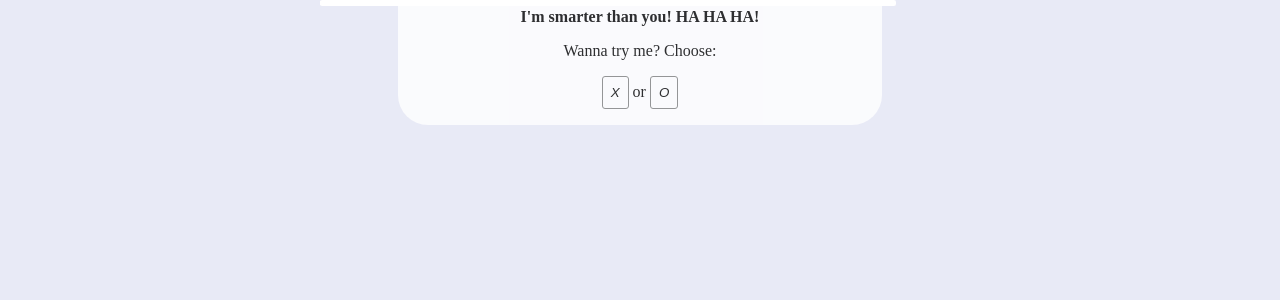
Repository: EEOOOO/javascript-projects
Page: ticTacToeGameApp/index.html
These files come from the project's save history. The page is drawn as it stood at one moment and after the next save; the edit follows.
The browser window is 1280 px wide. The pictures show the whole page.

Above is the page before, as saved 2022-07-21 15:10:51.

### ticTacToeGameApp/index.html
<!DOCTYPE html>
<html lang="en">
<head>
    <meta charset="UTF-8">
    <meta http-equiv="X-UA-Compatible" content="IE=edge">
    <meta name="viewport" content="width=device-width, initial-scale=1.0">
    <script defer src="tictactoeGameApp.js"></script>
    <link rel="stylesheet" href="style.css">
    <title>TicTacToe Game App</title>
</head>
<body>
    <div class="gameBoard">
        <div class="grid grid0"></div>
        <div class="grid grid1"></div>
        <div class="grid grid2"></div>
        <div class="grid grid3"></div>
        <div class="grid grid4"></div>
        <div class="grid grid5"></div>
        <div class="grid grid6"></div>
        <div class="grid grid7"></div>
        <div class="grid grid8"></div>
    </div>
    <div class="popUp showPopUp">
        <h3>Warning!</h3>
        <hr>
        <p>Please save your time and don't even think you're smart</p>
        <strong>I'm smarter than you! HA HA HA!</strong>
        <p>Wanna try me? Choose: </p>
        <div class="buttonContainer">
            <button class="markingX button">X</button>
            <span>or</span>
            <button class="markingO button">O</button>
        </div>
    </div>
</body>
</html>

### ticTacToeGameApp/tictactoeGameApp.js
let gameBoard = document.querySelector('.gameBoard');
let grids = document.querySelectorAll('.grid');

let popUp = document.querySelector('.popUp');
let buttons = document.querySelector('.buttonContainer');
let xButton = document.querySelector('.markingX');
let oButton = document.querySelector('.markingO');
let notSelected = [0, 1, 2, 3, 4, 5, 6, 7, 8, 9];
user = {}
computer = {}

buttons.addEventListener('click', event =>{
    if (event.target.tagName === 'BUTTON'){
        if (event.target.textContent === 'X'){
            user['mark'] = 'X';
            computer['mark'] = 'O';
        }
        else{
            user['mark'] = 'O';
            computer['mark'] = 'X';
        }
    }
    popUp.classList.remove("showPopUp");

    startGame();
});

function startGame(){
    playComputer();
    playUser();
    if (checkWinner()){
        finishGame();
    }
    else{
        startGame();
    }
}
function playUser(){
    return
}
function playComputer(){
    let num = getRandomNumber(notSelected);
    let selectedGridClass = '.grid'+num;
    let selectedGrid = document.querySelector(selectedGridClass);

    let markingSpan = document.createElement('span');
    markingSpan.textContent = computer['mark'];
    selectedGrid.append(markingSpan);

    notSelected.splice(num, 1);
}
function getRandomNumber(remainNum){
    let num = Math.floor(Math.random()*9);
    if (remainNum.indexOf(num) !== -1){
        return num
    } else {
        return getRandomNumber(remainNum)
    }
}
function checkWinner(){
    return true
}
function finishGame(){
    return
}

### ticTacToeGameApp/style.css
* {
  box-sizing: border-box;
}
body {
  margin: 0;
  padding: 0;
  background-color: #e8eaf6;
  width: 100%;
  height: 100%;
  display: flex;
  justify-content: center;
  align-items: center;
}
.gameBoard {
  display: flex;
  flex-wrap: wrap;
  width: 50%;
  height: 50%;
  margin: auto;
}
.gameBoard .grid {
  width: 30%;
  height: 30%;
  border: 1px solid white;
  background-color: lightgrey;
  cursor: pointer;
  display: flex;
  justify-content: center;
  align-item: center;
}
.grid span {
  font-size: 5rem;
  font-weight: 300;
}
.grid0 {
  border-radius: 20px 0 0 0;
}
.grid2 {
  border-radius: 0 20px 0 0;
}
.grid6 {
  border-radius: 0 0 0 20px;
}
.grid8 {
  border-radius: 0 0 20px 0;
}
.popUp {
  position: absolute;
  background-color: white;
  border-radius: 30px;
  opacity: 0.8;
  padding: 1rem 4rem;
  text-align: center;
  display: none;
}
.showPopUp {
  display: block;
}
.button {
  background-color: white;
  padding: 0.5rem;
  border: 0.5px solid gray;
  border-radius: 3px;
  cursor: pointer;
  transitoin: background-color 0.2s, color 0.2s;
  font-style: italic;
}
.button:hover {
  background-color: grey;
  color: white;
}

After the next save:
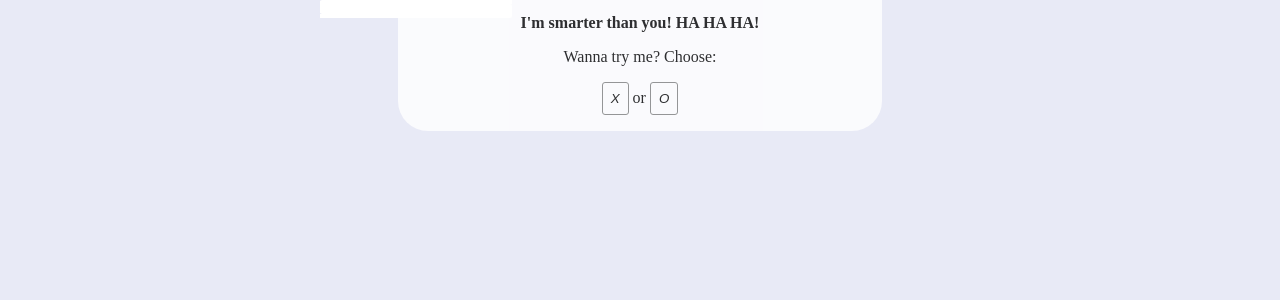
Saved 12 s later.
--- a/ticTacToeGameApp/style.css
+++ b/ticTacToeGameApp/style.css
@@ -12,8 +12,6 @@
   align-items: center;
 }
 .gameBoard {
-  display: flex;
-  flex-wrap: wrap;
   width: 50%;
   height: 50%;
   margin: auto;

After the save that followed:
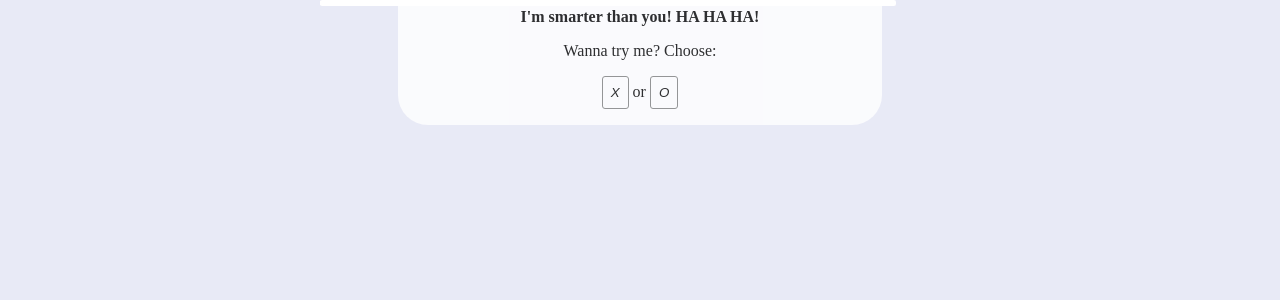
Saved 4 s later.
--- a/ticTacToeGameApp/style.css
+++ b/ticTacToeGameApp/style.css
@@ -12,6 +12,8 @@
   align-items: center;
 }
 .gameBoard {
+  display: flex;
+  flex-wrap: wrap;
   width: 50%;
   height: 50%;
   margin: auto;
